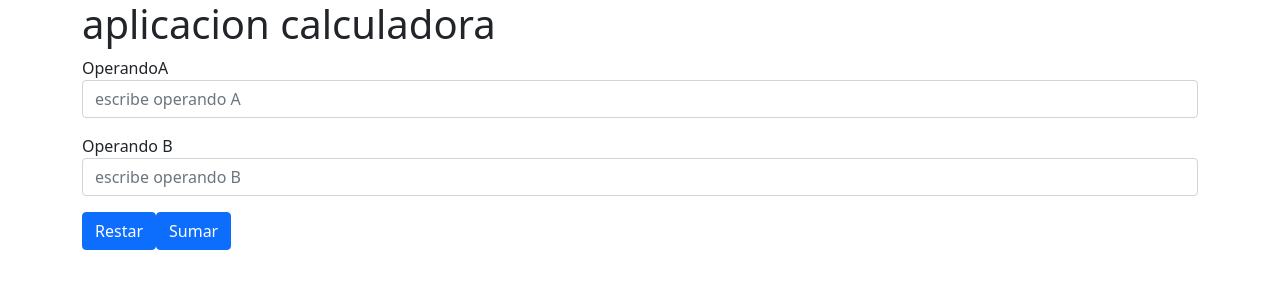
Repository: iwinser117/dw
Page: javascript udemy 43/ejercices/calculadora/index.html
The author's editor kept a copy of each file at every save. The page is drawn from the files as they stood at one save, then again after the next save.
The browser window is 1280 px wide. The pictures show the whole page.

Above is the page before, as saved 2022-10-02 12:07:40.

### javascript udemy 43/ejercices/calculadora/index.html
<!doctype html>
<html>

<head>
    <meta charset="utf-8">
    <meta name="viewport" content="width=device-width, initial-scale=1">
    <link href="https://cdn.jsdelivr.net/npm/bootstrap@5.1.3/dist/css/bootstrap.min.css" rel="stylesheet"
        integrity="sha384-1BmE4kWBq78iYhFldvKuhfTAU6auU8tT94WrHftjDbrCEXSU1oBoqyl2QvZ6jIW3" crossorigin="anonymous">

    <title>aplicacion calculadora</title>
</head>

<body>
    <div class="container">
        <h1 class="display-3s">aplicacion calculadora</h1>

        <form id="forma">
            <div class="mb-3">
                <label for="operandoA">OperandoA</label>
                <input type="number"  class="form-control" id="operandoA" placeholder="escribe operando A">
            </div>
            <div class="mb-3">
                <label for="operandoB">Operando B</label>
                <input type="number" class="form-control" placeholder="escribe operando B" id="operandoB">
            </div>


    </form>

    <div class="btn-fcn" style="display:flex">
        <button class="btn btn-primary mb-3" onclick="restar()">Restar</button>


    <button class="btn btn-primary mb-3" onclick="sumar()">Sumar</button>

    </div>

    <div id="resultadoResta"></div>
    <div id="resultado"></div>

    </div>
    </div>


    <script src="https://cdn.jsdelivr.net/npm/bootstrap@5.1.3/dist/js/bootstrap.bundle.min.js"
        integrity="sha384-ka7Sk0Gln4gmtz2MlQnikT1wXgYsOg+OMhuP+IlRH9sENBO0LRn5q+8nbTov4+1p"
        crossorigin="anonymous"></script>
    <script src="js/app.js"></script>
</body>

</html>

### javascript udemy 43/ejercices/calculadora/js/app.js

function sumar(){
    const forma = document.getElementById(`forma`);
    let operandoA = forma[`operandoA`];
    let operandoB = forma[`operandoB`];
    let resultado = parseInt(operandoA.value) + parseInt(operandoB.value);
    if (isNaN(resultado))
        resultado = `la operacion le faltan numeros`;
    document.getElementById(`resultado`).innerHTML = `resultado de la suma es : ${resultado}`;
    console.log(`resultado de la suma es : ${resultado}`);
}



function restar(){
    const forma = document.getElementById(`forma`);
    let operandoA = forma[`operandoA`];
    let operandoB = forma[`operandoB`];
    let resultadoResta = parseInt(operandoA.value) - parseInt(operandoB.value);
    if (isNaN(resultadoResta))
        resultadoResta = `la operacion le faltan numeros`;
    document.getElementById(`resultadoResta`).innerHTML = `resultado de la resta es : ${resultadoResta}`;
    console.log(`resultado de la resta es : ${resultadoResta}`);
}

After the next save:
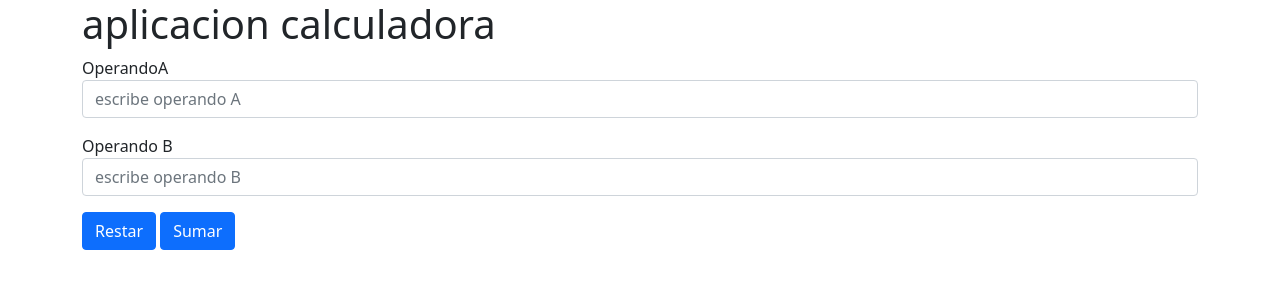
Saved 6 min 14 s later.
--- a/javascript udemy 43/ejercices/calculadora/index.html
+++ b/javascript udemy 43/ejercices/calculadora/index.html
@@ -27,7 +27,7 @@
 
     </form>
 
-    <div class="btn-fcn" style="display:flex">
+    <div class="btn-fcn" >
         <button class="btn btn-primary mb-3" onclick="restar()">Restar</button>
 
 
